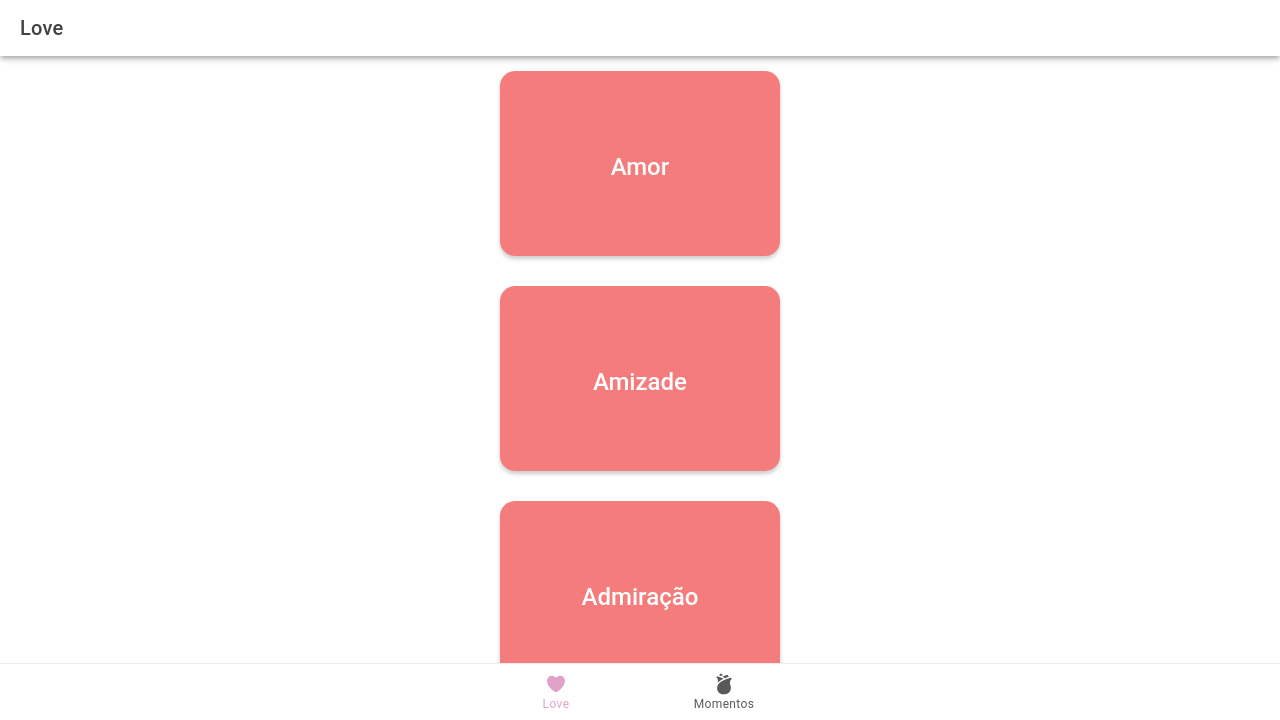
Repository: mateus-henrique-silva/lorrayne-app
Page: /
The author's editor kept a copy of each file at every save. The page is drawn from the files as they stood at one save, then again after the next save.
The browser window is 1280 px wide. The pictures show the whole page.
The project was rebuilt for these pictures with package versions that can differ from the ones it lists, and the page was loaded fresh each time. Also part of the build but not shown: src/pages/Tab2.tsx, src/components/ExploreContainer.css, src/components/ExploreContainer.tsx, src/pages/Tab3.tsx.

Above is the page before, as saved 2022-07-05 14:36:44.

After the next save:
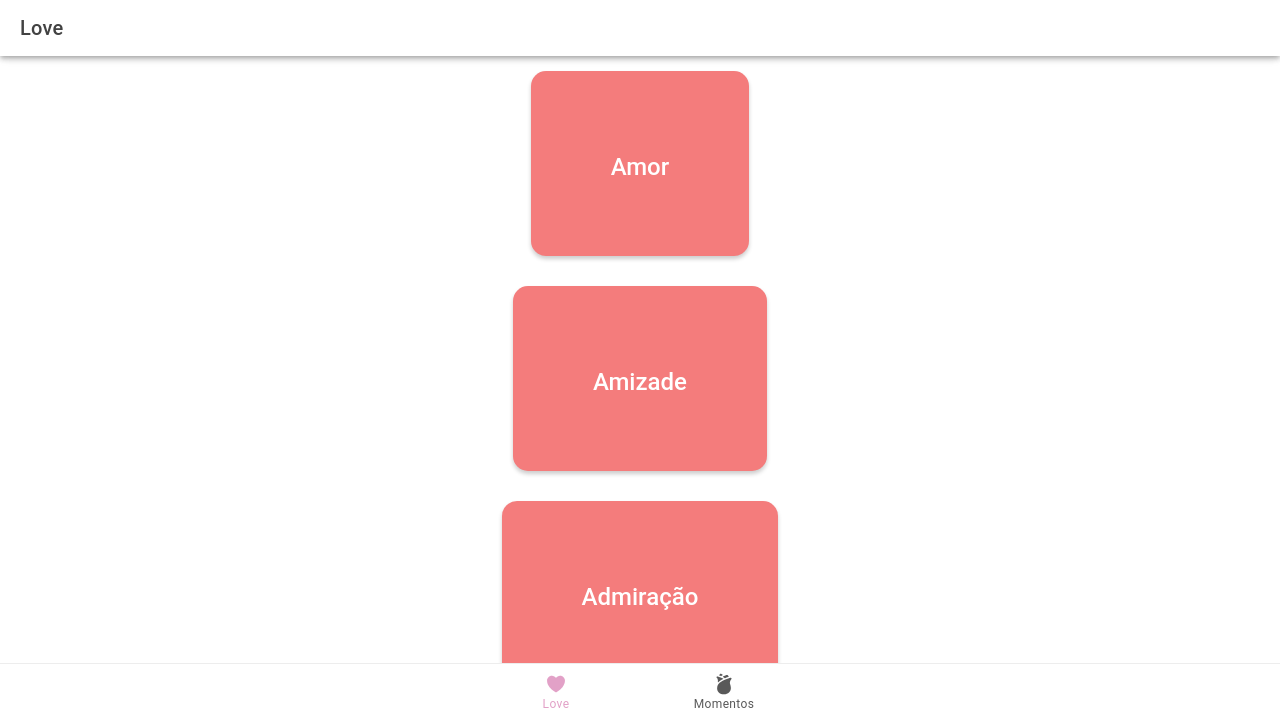
Saved 7 s later.
--- a/src/components/BoxComponents.css
+++ b/src/components/BoxComponents.css
@@ -15,7 +15,7 @@
 .BoxPrincipal{
     padding: 4rem 5rem;
     display:flex;
-    width: 280px;
+
     margin-top:15px;
     border-radius:15px;
     justify-content:center;
